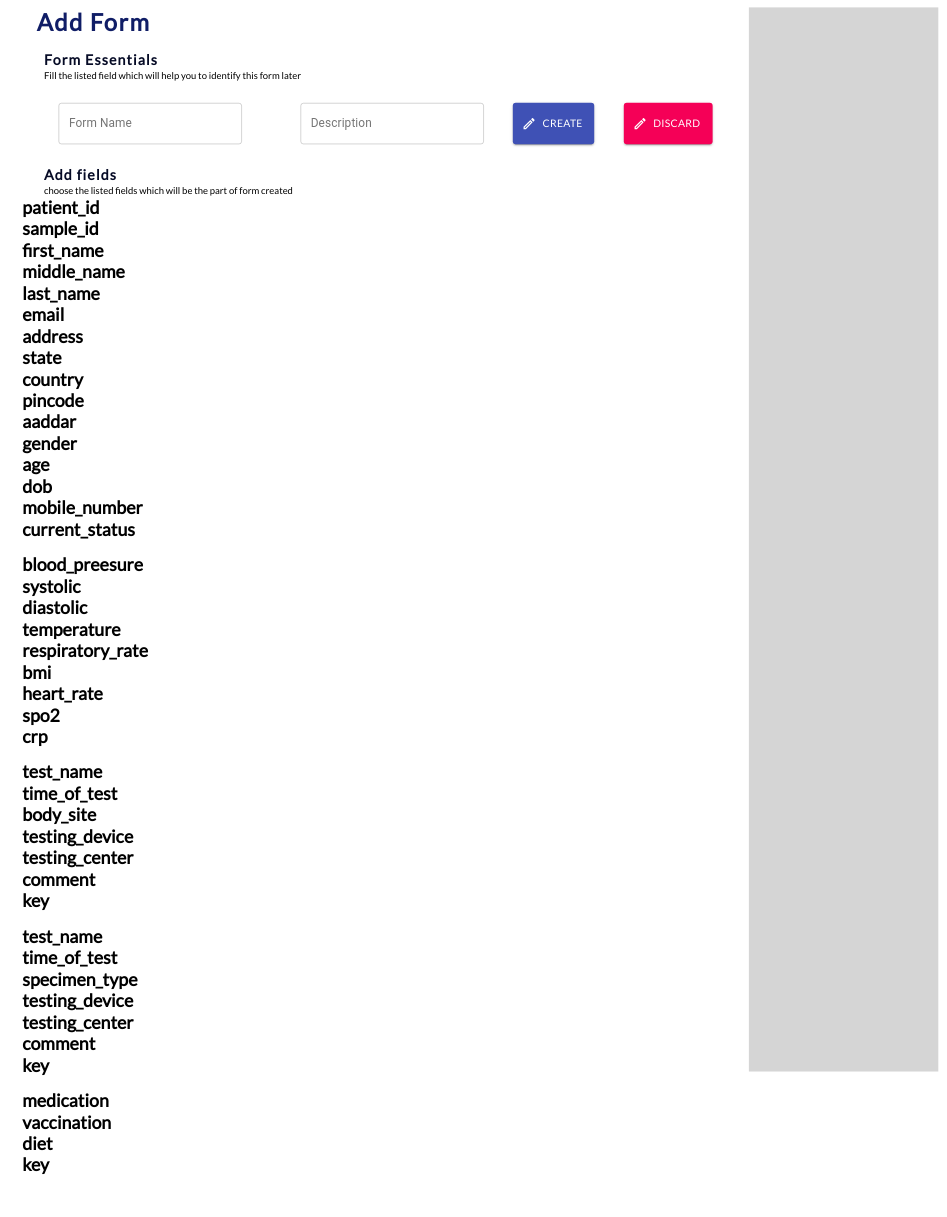
Repository: Architjain128/df
Page: /add
The author's editor kept a copy of each file at every save. The page is drawn from the files as they stood at one save, then again after the next save.
The browser window is 1280 px wide. The pictures show the whole page, at 74% of full size.
The project was rebuilt for these pictures with package versions that can differ from the ones it lists, and the page was loaded fresh each time. Also part of the build but not shown: src/App.css, src/dftable.js, src/dataForm.js.

Above is the page before, as saved 2021-06-25 17:34:33.

### src/addDataForm.js
import React , {Component} from 'react';
import './dataForm.css';
import { Button,TextField } from '@material-ui/core';
import CreateOutlinedIcon from '@material-ui/icons/CreateOutlined';
import TreeData from './grace.json'






class AddDataForm extends Component{
    constructor(props){
        super(props);
        this.state={
            form_name:'',
            description:'',
            tree:"<h2>txfgvhbj</h2>",
        }
        this.listit=this.listit.bind(this)
        this.fetch_child=this.fetch_child.bind(this)
    }
    listit=(data,level)=>{
        var ro=[]
        for (var c in data) {
            ro.push(<h2>{data[c]['name']}</h2>);
            console.log(data[c]['name'])
        }
        return ro
    }

    fetch_child=(datas)=>{
        var finalrow=[]
        for(let data in datas){
            console.log(datas[data]["parameters"])
            if(data==="imaging_reports"){

            }
            if(data==="")
            finalrow.push(<h1>{data}</h1>)
            finalrow.push(this.listit(datas[data]["parameters"],0))
            finalrow.push(<br/>)
        }
        this.setState({tree:finalrow})
    }
    componentDidMount(){
        this.fetch_child(TreeData)
    }
    render(){
        return (
            <>
                <div className="dataform">
                    <div className='df-create-section'>
                        <div className='df-form-gen'>
                            <div className="df-title">Add Form</div>
                            <div className="df-subtitle">Form Essentials</div>
                            <div className="df-description" >Fill the listed field which will help you to identify this form later</div>
                            <div className="df-form-ess">
                                <TextField id="outlined-basic" label="Form Name" variant="outlined" /><br/>
                                <TextField id="outlined-basic-large" label="Description" variant="outlined"/>
                                <div className="df-create2"><Button variant="contained" color="primary" startIcon={<CreateOutlinedIcon />}> Create </Button></div>
                                <div className="df-create2"><Button variant="contained" href='/' color="secondary" startIcon={<CreateOutlinedIcon />}> Discard </Button></div>
                            </div>
                            <div className="df-subtitle">Add fields</div>
                            <div className="df-description" >choose the listed fields which will be the part of form created</div>
                            <div className="df-create-section">
                                <div className="df-dnd">
                                    {this.state.tree}
                                </div>
                            </div>
                        </div>
                        <div className="df-form-pre-con">
                            <div className='df-form-pre'>

                            </div>
                        </div>
                    </div>
                    <div className="df-end" ></div>
                    <div className="df-footer" ></div>

                </div>
            </>
            );
        }
}

export default AddDataForm;

### src/dataForm.css
@import url('https://fonts.googleapis.com/css2?family=Lato&display=swap');

* {
  box-sizing: border-box;
  margin: 0;
  padding: 0;
  font-family: 'Lato', sans-serif;
}

.dataform {
  padding-left: clamp(10px,30px,5%);
  padding-top: clamp(5px,10px,3%);
  display:block;
  /* height: 90vh; */
  /* align-items: center; */
  justify-content: left;
}
.df-title{
  letter-spacing: 2px;
  font-size: clamp(1.8rem, 2.5vw, 2.8rem);
  color:#101d66;
  font-weight: bolder;
  padding-left:2%;
  padding-right:10%;
  margin-bottom: 2%;
}
.df-subtitle{
    letter-spacing: 1.5px;
    font-size: clamp(1.2rem, 1.5vw, 2rem);
    color:#060b26;
    font-weight: bold;
    padding-left:3%;
    padding-right:10%;
    margin-bottom: 0.2%;
}
.df-description{
    font-size: clamp(0.8rem, 1vw, 1.2rem);
    color:#000000;
    padding-left:3%;
    padding-right:10%;
}
.df-table{
    padding-top:3%;
    padding-bottom:3%;
    padding-left:3%;
    padding-right:10%;
    height: 460px;
}
.df-create-section{
  display: flex;
}
.df-create-section .df-subdes{
  flex-grow: 10;
}
.df-create-section .df-create{
  flex-grow: 0;
}
.df-create-section .df-form-gen{
  flex-grow: 1;
}
.df-create-section .df-form-pre-con{
  flex-grow: 1;
  margin-right: 1%;
}
.df-form-pre{
  background-color: rgb(213, 213, 213);
  height: 90%;
  width: 100%;
}
.df-create{
  /* margin-left: 10%; */
  /* padding: auto; */
  align-items: right;
  justify-content: flex-start;
  display: flex;
  padding-left:3%;
  padding-right:10%;
}
.df-create2{
  /* margin-left: 10%; */
  /* padding: auto; */
  align-items: right;
  justify-content: flex-start;
  display: flex;
  gap: 5px;
}
.df-end{
  padding-top: 3%;
  padding-left: 3%;
}
.df-footer{
  position:absolute;
  padding-left: 3%;
  bottom: 0;
}
.df-form-ess{
  padding: 3%;
  display: flex;
  justify-content: space-around;
}
.df-form-ess TextField{
  flex-grow: 5;
}
.df-form-ess Button{
  flex-grow: 1;
}
#outlined-basic{
  font-size: medium;
  width: 100%;
}
#outlined-basic-large{
  font-size: medium;
  width: 100%;
}
.flex-container {
  /* padding: 0; */
  /* margin: 0; */
  /* list-style: none; */
  /* display: flex; */
  /* justify-content: flex-start; */
}
.flex-item {
  /* padding: 5px; */
  /* width: 60px; */
  /* height: 50px; */
  /* margin: 5px; */
  /* line-height: 50px; */
  /* color: white; */
  /* font-weight: bold; */
  /* font-size: 2em; */
  /* text-align: center; */
}

Loaded but not shown: public/index.html (common file); src/index.js (common file); src/index.css (common file); src/App.js (common file); src/reportWebVitals.js (common file); src/grace.json (566 lines, source omitted)

After the next save:
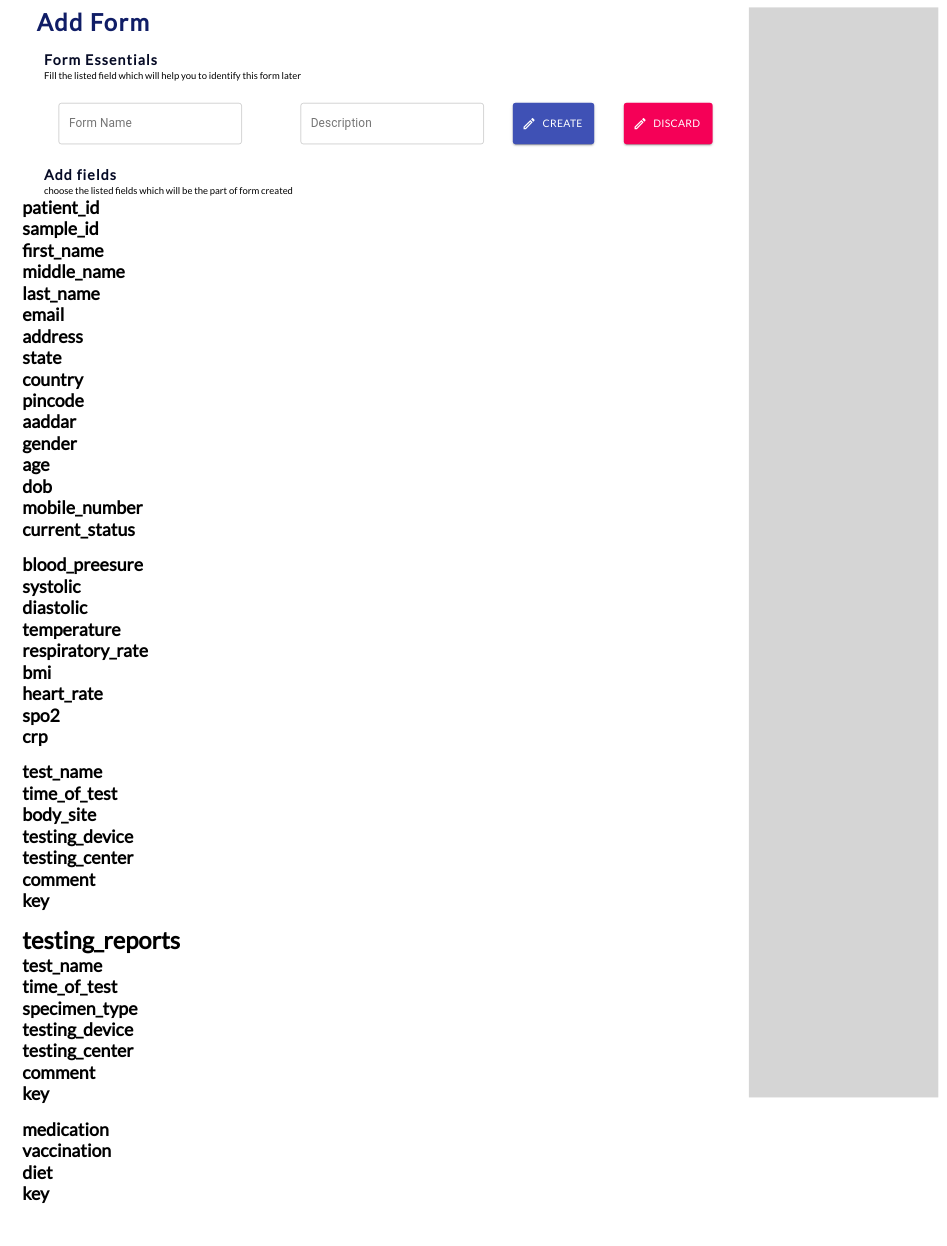
Saved 11 s later.
--- a/src/addDataForm.js
+++ b/src/addDataForm.js
@@ -36,7 +36,7 @@ class AddDataForm extends Component{
             if(data==="imaging_reports"){
 
             }
-            if(data==="")
+            if(data==="testing_reports")
             finalrow.push(<h1>{data}</h1>)
             finalrow.push(this.listit(datas[data]["parameters"],0))
             finalrow.push(<br/>)
